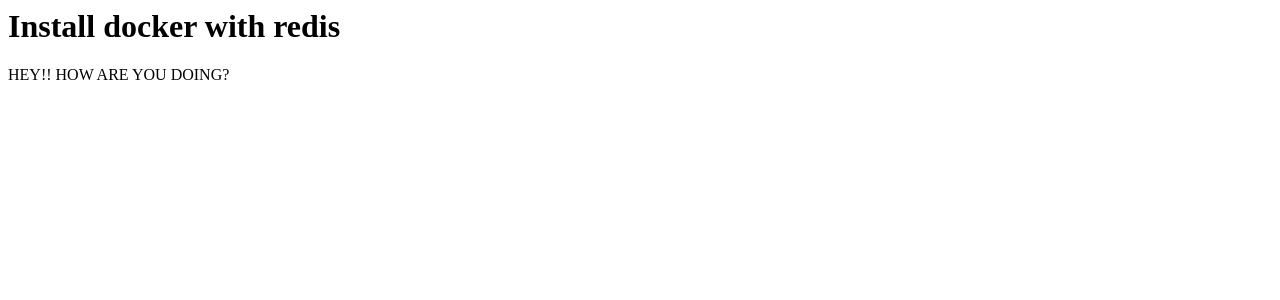
Repository: ichsarut/phpredis
Page: http://localhost/src/html/index.php
The author's editor kept a copy of each file at every save. The page is drawn from the files as they stood at one save, then again after the next save.
The browser window is 1280 px wide. The pictures show the whole page.
The page is run by PHP 8.4 with error messages shown; the project is at /var/www/html/.

Above is the page before, as saved 2018-04-13 14:19:00.

After the next save:
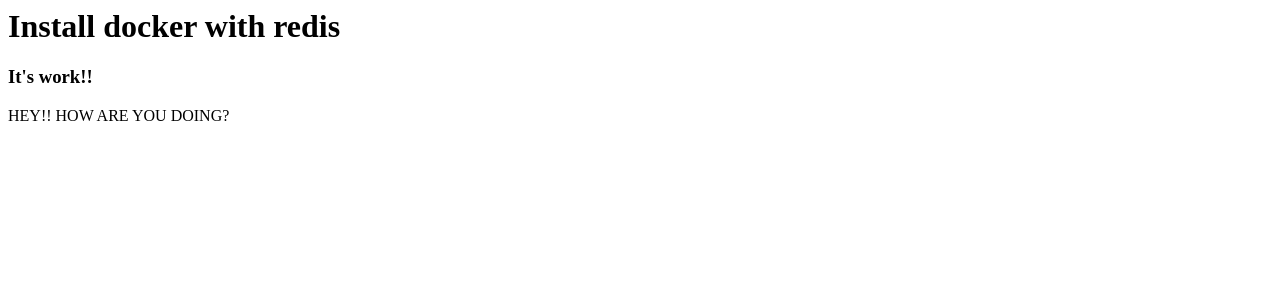
Saved 15 s later.
--- a/src/html/index.php
+++ b/src/html/index.php
@@ -1,3 +1,3 @@
 <h1>Install docker with redis</h1>
-
+<h3><?= "It's work!!" ?></h3>
 <div><?= "HEY!! HOW ARE YOU DOING?" ?></div>
